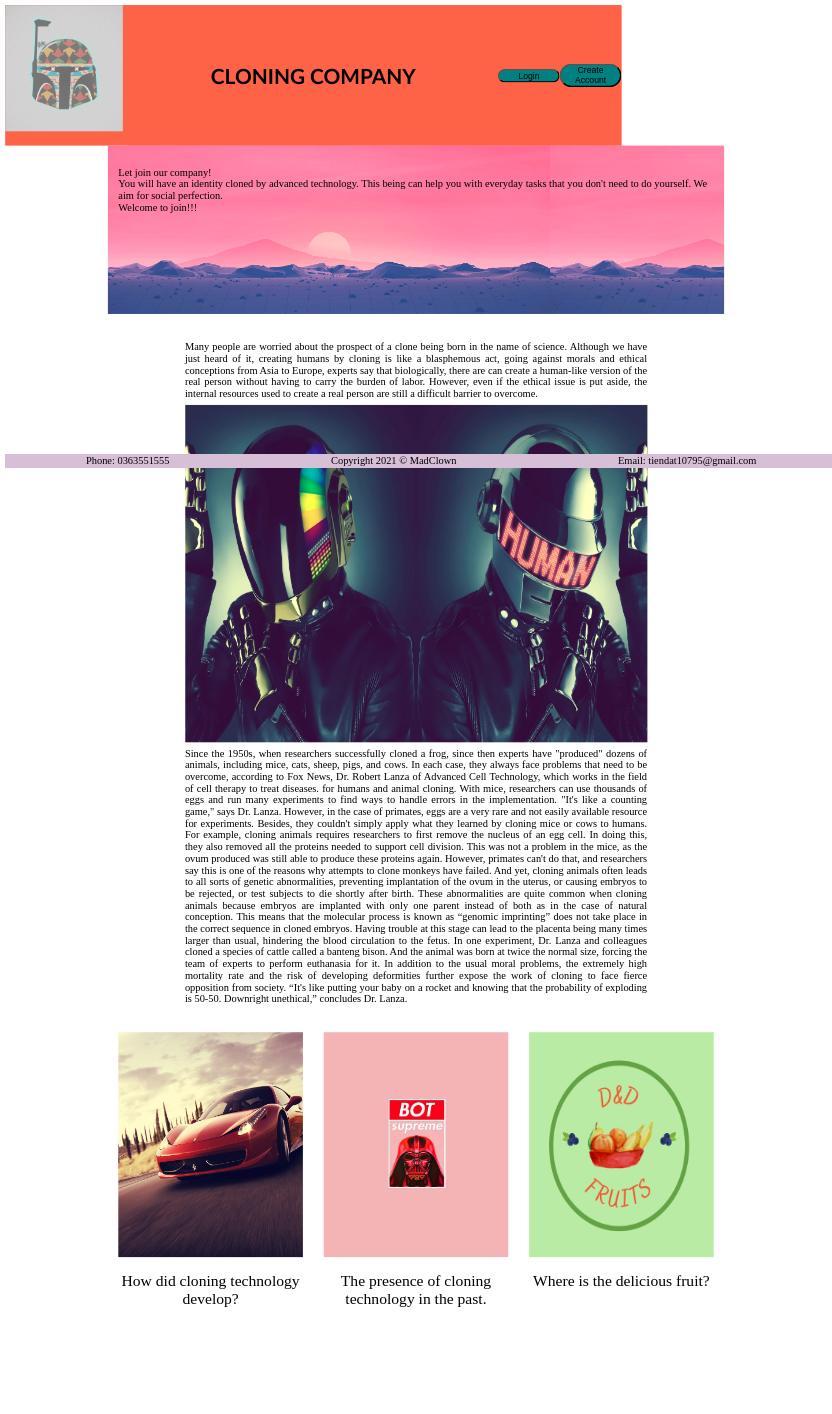
Repository: madd107/demo-form
Page: Assigment_FEE/CaseStudy_1.html
These files come from the project's save history. The page is drawn as it stood at one moment and after the next save; the edit follows.
The browser window is 1280 px wide. The pictures show the whole page, at 65% of full size.

Above is the page before, as saved 2021-10-01 01:35:15.

### Assigment_FEE/CaseStudy_1.html
<!DOCTYPE html>
<html lang="en">
  <head>
    <meta charset="UTF-8" />
    <meta http-equiv="X-UA-Compatible" content="IE=edge" />
    <meta name="viewport" content="width=device-width, initial-scale=1.0" />
    <title>CaseStudy_1</title>
    <link rel="stylesheet" href="css/CaseStudy_1.css" />
  </head>
  <body>
    <div class="wrapper">
      <div class="topbar">
        <li class="topbar logo">
          <img src="image/Screenshot from 2021-09-29 23-32-12.png" alt="" />
        </li>
        <li class="topbar title">
          <h1>Cloning Company</h1>
        </li>
        <li class="topbar login">
          <button>Login</button>
          <button>Create Account</button>
        </li>
      </div>
      <div class="main">
        <div class="main header">
          <p>
            Let join our company! <br />
            You will have an identity cloned by advanced technology. This being
            can help you with everyday tasks that you don't need to do yourself.
            We aim for social perfection. <br />
            Welcome to join!!!
          </p>
        </div>
        <div class="main content">
          <p>
            Many people are worried about the prospect of a clone being born in
            the name of science. Although we have just heard of it, creating
            humans by cloning is like a blasphemous act, going against morals
            and ethical conceptions from Asia to Europe, experts say that
            biologically, there are can create a human-like version of the real
            person without having to carry the burden of labor. However, even if
            the ethical issue is put aside, the internal resources used to
            create a real person are still a difficult barrier to overcome.
          </p>
          <img src="image/wallpaper_hd_by_sinhvienit (25).JPG" alt="" />
          <p>
            Since the 1950s, when researchers successfully cloned a frog, since
            then experts have "produced" dozens of animals, including mice,
            cats, sheep, pigs, and cows. In each case, they always face problems
            that need to be overcome, according to Fox News, Dr. Robert Lanza of
            Advanced Cell Technology, which works in the field of cell therapy
            to treat diseases. for humans and animal cloning. With mice,
            researchers can use thousands of eggs and run many experiments to
            find ways to handle errors in the implementation. "It's like a
            counting game," says Dr. Lanza. However, in the case of primates,
            eggs are a very rare and not easily available resource for
            experiments. Besides, they couldn't simply apply what they learned
            by cloning mice or cows to humans. For example, cloning animals
            requires researchers to first remove the nucleus of an egg cell. In
            doing this, they also removed all the proteins needed to support
            cell division. This was not a problem in the mice, as the ovum
            produced was still able to produce these proteins again. However,
            primates can't do that, and researchers say this is one of the
            reasons why attempts to clone monkeys have failed. And yet, cloning
            animals often leads to all sorts of genetic abnormalities,
            preventing implantation of the ovum in the uterus, or causing
            embryos to be rejected, or test subjects to die shortly after birth.
            These abnormalities are quite common when cloning animals because
            embryos are implanted with only one parent instead of both as in the
            case of natural conception. This means that the molecular process is
            known as “genomic imprinting” does not take place in the correct
            sequence in cloned embryos. Having trouble at this stage can lead to
            the placenta being many times larger than usual, hindering the blood
            circulation to the fetus. In one experiment, Dr. Lanza and
            colleagues cloned a species of cattle called a banteng bison. And
            the animal was born at twice the normal size, forcing the team of
            experts to perform euthanasia for it. In addition to the usual moral
            problems, the extremely high mortality rate and the risk of
            developing deformities further expose the work of cloning to face
            fierce opposition from society. “It's like putting your baby on a
            rocket and knowing that the probability of exploding is 50-50.
            Downright unethical,” concludes Dr. Lanza.
          </p>
        </div>
        <div class="main box">
          <div class="main box news">
            <img src="image/Screenshot from 2021-09-30 00-28-13.png" alt="" />
            <a href="https://cloningcompay.com/">
              How did cloning technology develop?
            </a>
          </div>
          <div class="main box news">
            <img src="image/Screenshot from 2021-09-30 00-30-25.png" alt="" />
            <a href="https://cloningcompay.com/">
              The presence of cloning technology in the past.
            </a>
          </div>
          <div class="main box news">
            <img src="image/D&D Fruits.png" alt="" />
            <a href="https://cloningcompay.com/">
              Where is the delicious fruit?
            </a>
          </div>
        </div>
      </div>
      <div class="footer">
        <li>Phone: 0363551555</li>
        <li>Copyright 2021 © MadClown</li>
        <li>Email: tiendat10795@gmail.com</li>
      </div>
    </div>
  </body>
</html>

### Assigment_FEE/css/CaseStudy_1.css
.wrapper {
  margin: 0 auto;
  width: 100%;
  height: 2160px;
  /* background-color: whitesmoke; */
  position: relative;
}
.topbar {
  /* margin: 0 auto; */
  width: 75%;
  height: 10%;
  display: flex;
  justify-content: space-between;
  background-color: tomato;
  top: 100px;
}
.logo {
  margin: 0 auto;
  width: 20%;
  height: 90%;
  /* position: absolute; */
  /* left: 5%; */
}
img.logo {
  width: 100%;
  height: 100%;
  border-radius: 50%;
  margin: 5px 5px;
  border: wheat solid 2px;
}
.title {
  margin: 0 auto;
  width: 60%;
  height: 100%;
  display: flex;
  justify-content: center;
  align-items: center;
}
.title h1 {
  text-transform: uppercase;
  color: black;
  text-align: center;
  font-family: "Trebuchet MS", "Lucida Sans Unicode", "Lucida Grande",
    "Lucida Sans", Arial, sans-serif;
}
.login {
  margin: 0 auto;
  width: 20%;
  height: 100%;
  display: flex;
  align-items: center;
}
.login button {
  background-color: teal;
  border-radius: 20px;
  width: 50%;
}
.login button:hover {
  color: yellowgreen;
}
.main {
  margin: 0 auto;
  width: 75%;
  height: 80%;
  display: flex;
  flex-wrap: wrap;
}
.main.header {
  margin: 0 auto;
  background-image: url(/Assigment_FEE/image/Screenshot\ from\ 2021-09-29\ 23-49-43.png);
  width: 100%;
  height: 15%;
  background-size: 680px;
}
.main.header p {
  padding: 1em;
}
.main.content {
  margin: 1em auto;
  width: 75%;
  height: 60%;
}
.main.content img {
  width: 100%;
  height: 50%;
}
.main.content p {
  margin: 0 auto;
  height: auto;
  text-align: justify;
  padding: 0.5em 0;
}
.main.box {
  margin: 0 auto;
  width: 100%;
  height: 20%;
  display: flex;
  flex-wrap: wrap;
}
.main.box.news:nth-child(1) {
  width: 30%;
  height: 100%;
}
.main.box.news:nth-child(1) img {
  width: 100%;
  height: 100%;
}
.main.box.news:nth-child(1) a {
  margin: 1em auto;
  text-align: center;
  align-items: center;
  text-decoration: none;
  font-size: x-large;
  color: black;
}
.main.box.news:nth-child(2) {
  width: 30%;
  height: 100%;
}
.main.box.news:nth-child(2) img {
  width: 100%;
  height: 100%;
}
.main.box.news:nth-child(2) a {
  margin: 1em auto;
  text-align: center;
  align-items: center;
  text-decoration: none;
  font-size: x-large;
  color: black;
}
.main.box.news:nth-child(3) {
  width: 30%;
  height: 100%;
}
.main.box.news:nth-child(3) img {
  width: 100%;
  height: 100%;
}
.main.box.news:nth-child(3) a {
  margin: 1em auto;
  text-align: center;
  align-items: center;
  text-decoration: none;
  font-size: x-large;
  color: black;
}
a:hover {
  opacity: 0.5;
  color: aqua;
}
.footer {
  width: 100%;
  height: 3%;
  display: flex;
  justify-content: space-around;
  list-style-type: none;
  align-items: center;
  background-color: thistle;
  position: fixed;
  bottom: 0;
}
@media only screen and (max-width: 768px) {
  .main.content {
    margin: 1em auto;
    width: 75%;
    height: auto;
  }
  .main.content img {
    width: 100%;
    height: 20%;
  }
  .main.content p {
    margin: 1rem auto;
    width: 100%;
    height: auto;
    align-items: center;
    text-align: justify;
    padding: 0.5em 0;
  }
  .main.box {
    margin: 5em auto;
    width: 85%;
    height: 10%;
    display: flex;
    flex-wrap: wrap;
  }
  .main.box.news:nth-child(1) {
    width: 100%;
    height: 100%;
  }
  .main.box.news:nth-child(2) {
    width: 100%;
    height: 100%;
  }
  .main.box.news:nth-child(3) {
    width: 100%;
    height: 100%;
  }
  .main.box.news img {
    width: 100%;
    height: 100%;
  }
  .main.box.news a {
    margin: 1em auto;
    text-align: center;
    align-items: center;
    text-decoration: none;
    font-size: x-large;
    color: black;
  }
  a:hover {
    opacity: 0.5;
    color: aqua;
  }
}

After the next save:
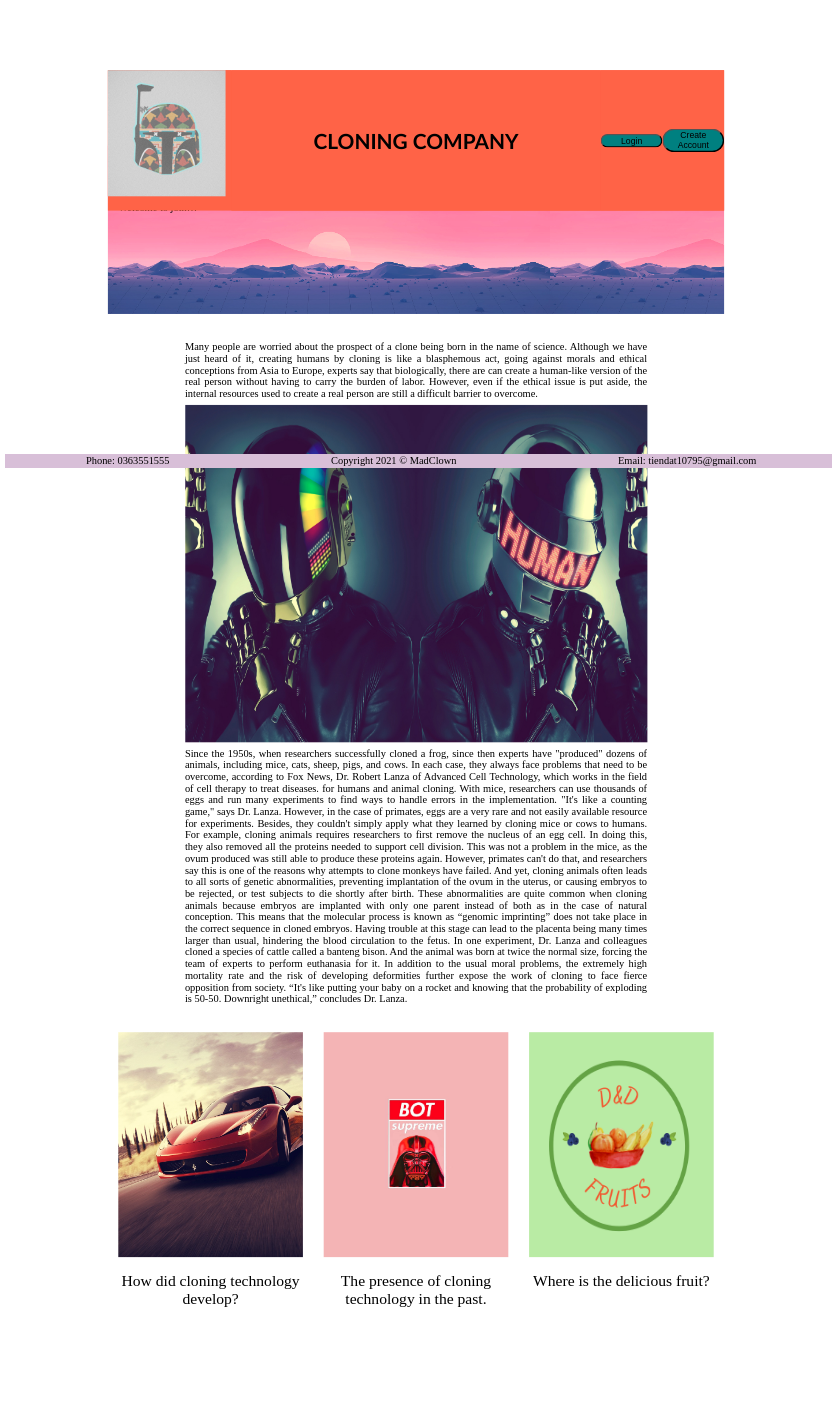
Saved 25 s later.
--- a/Assigment_FEE/CaseStudy_1.html
+++ b/Assigment_FEE/CaseStudy_1.html
@@ -9,7 +9,7 @@
   </head>
   <body>
     <div class="wrapper">
-      <div class="topbar">
+      <div class="wrapper topbar">
         <li class="topbar logo">
           <img src="image/Screenshot from 2021-09-29 23-32-12.png" alt="" />
         </li>

After the save that followed:
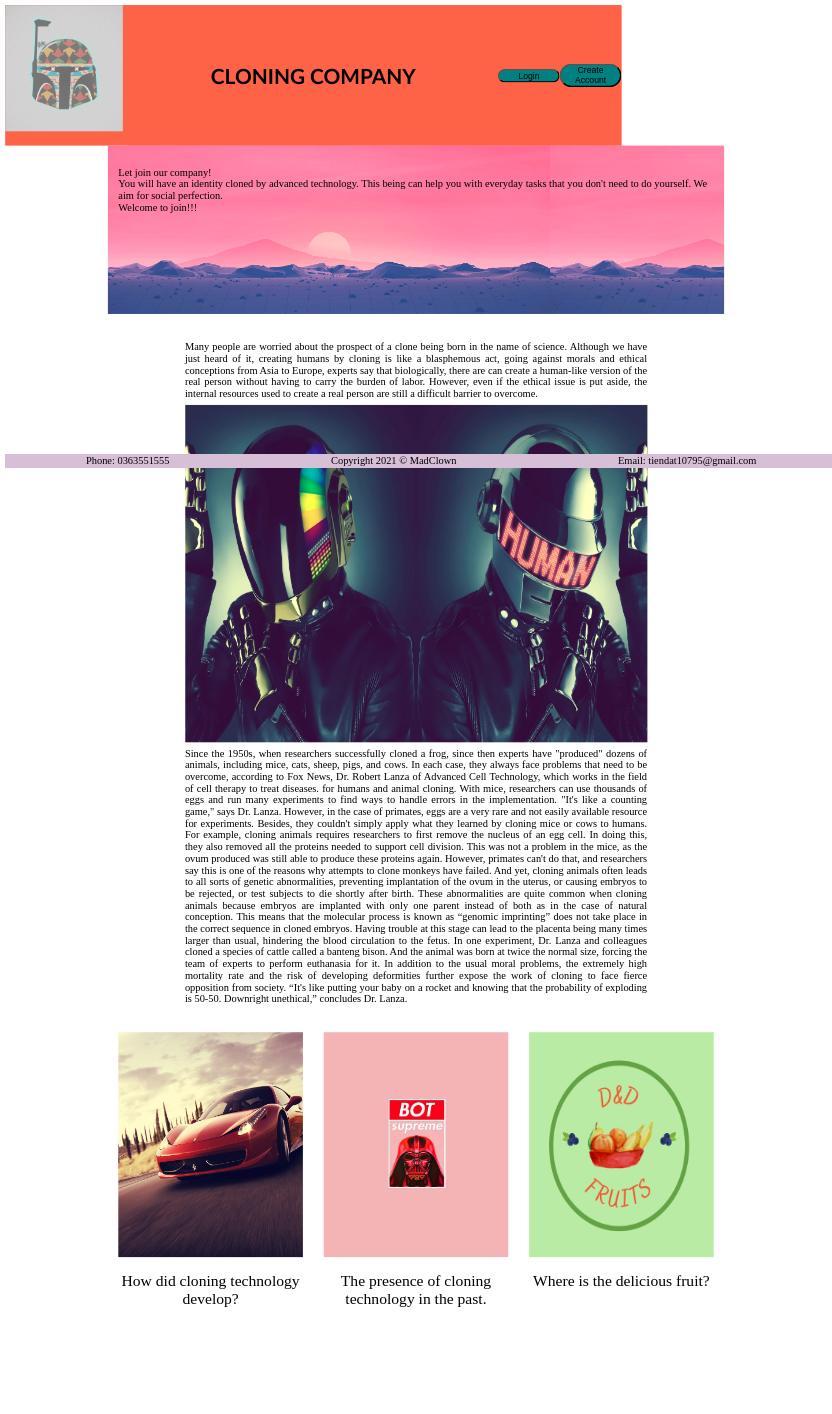
Saved 20 s later.
--- a/Assigment_FEE/CaseStudy_1.html
+++ b/Assigment_FEE/CaseStudy_1.html
@@ -9,7 +9,7 @@
   </head>
   <body>
     <div class="wrapper">
-      <div class="wrapper topbar">
+      <div class="topbar">
         <li class="topbar logo">
           <img src="image/Screenshot from 2021-09-29 23-32-12.png" alt="" />
         </li>
